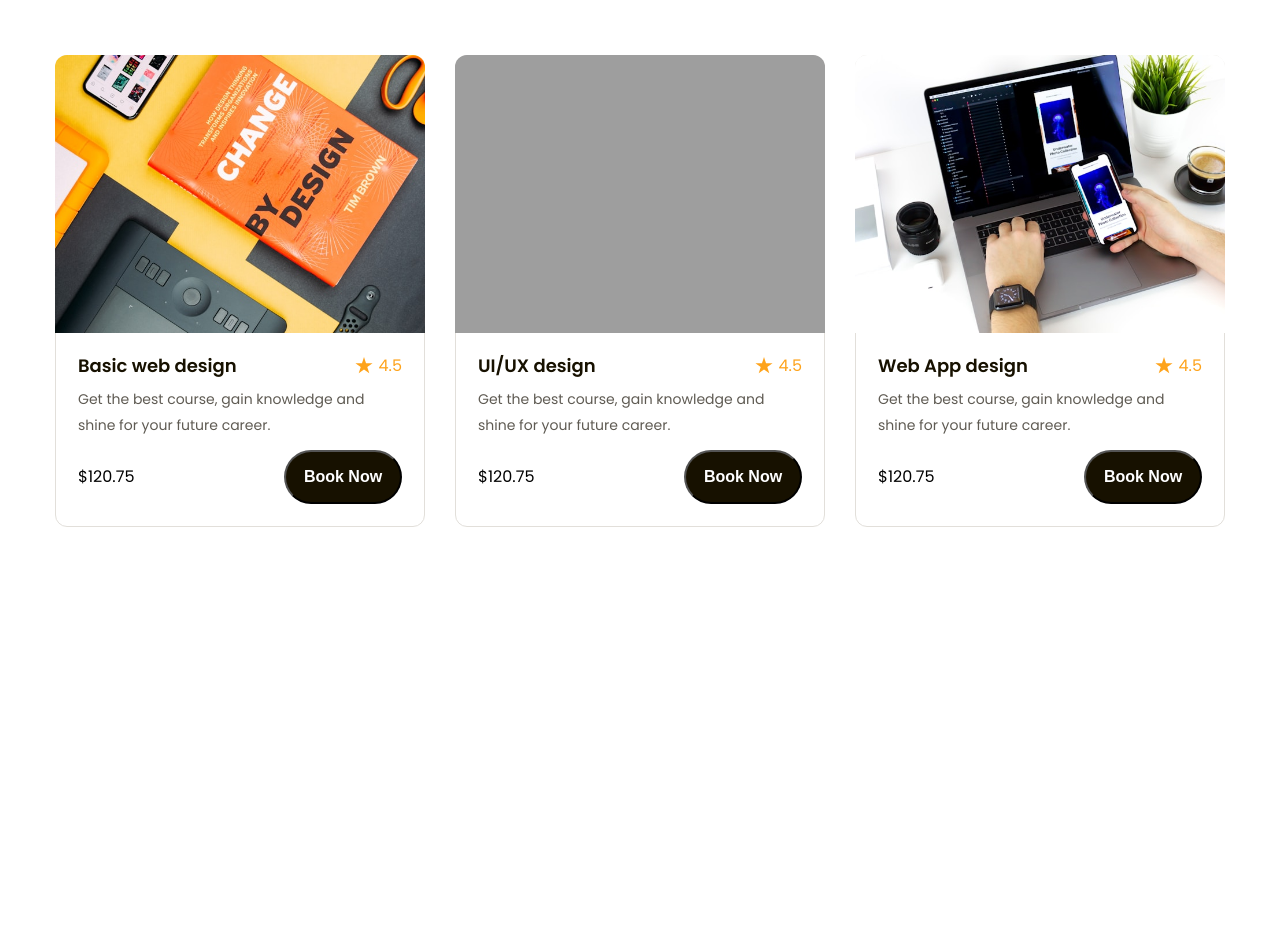
Repository: vancong171001/f8-html-css-02
Page: index.html
An editor plug-in stored every save of this project. The page is shown before and after the next save, followed by the edit.
The browser window is 1280 px wide. The pictures show the part of the page from y = 1244 to 2196 px (the page is 5000 px tall).
Pictures or frames that could not be fetched are drawn as grey boxes. A picture or video elsewhere on the page could not be fetched, so the positions and the page height are approximate.

Above is the page before, as saved 2025-03-11 14:27:57.

After the next save:
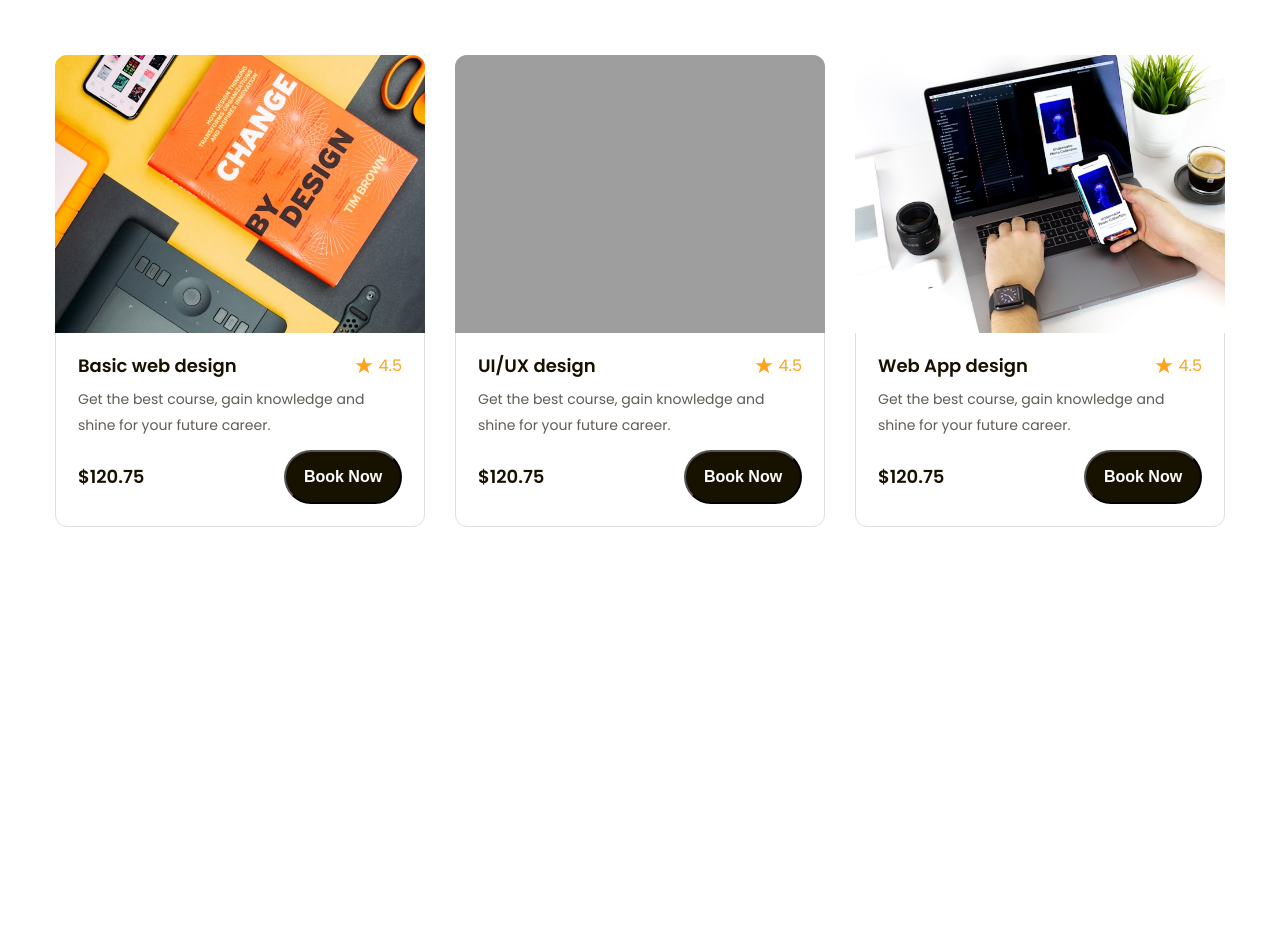
Saved 5 s later.
--- a/assets/css/style.css
+++ b/assets/css/style.css
@@ -368,5 +368,10 @@
 }
 
 .popular .foot .price {
-
-}
+  color: #171100;
+  font-family: Poppins;
+  font-size: 18px;
+  font-style: normal;
+  font-weight: 600;
+  line-height: 30px; /* 166.667% */
+}
